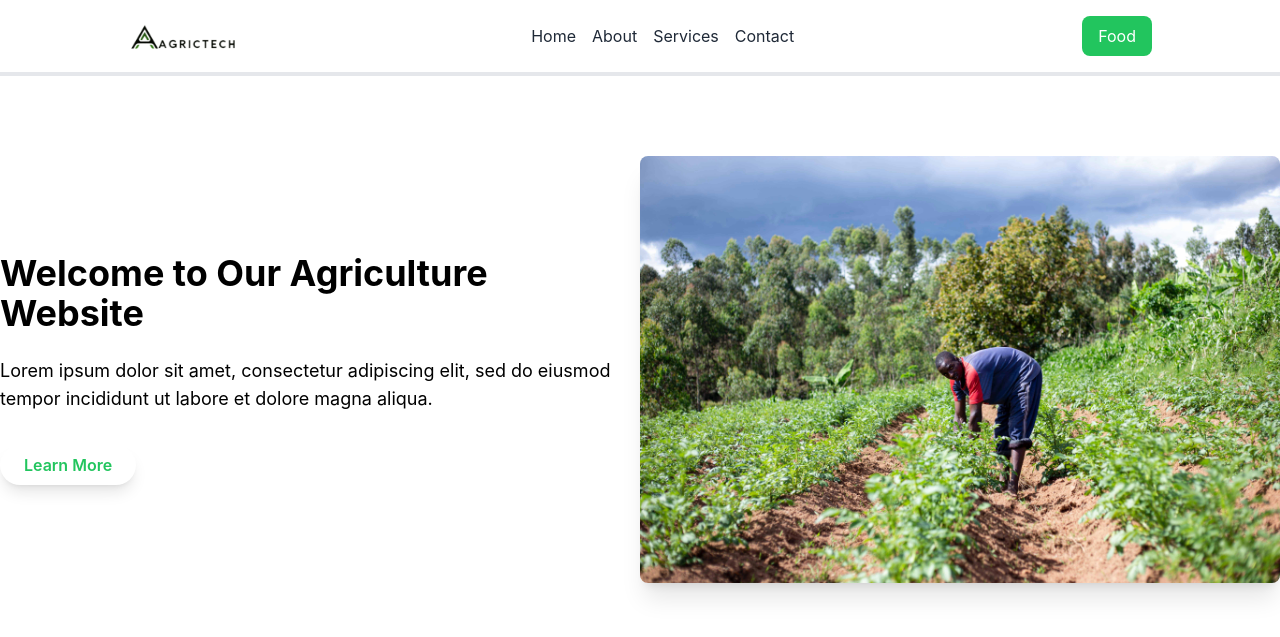
Repository: akinolapo/agric-tech
Page: /
An editor plug-in stored every save of this project. The page is shown before and after the next save, followed by the edit.
The browser window is 1280 px wide. The pictures show the whole page.
The project was rebuilt for these pictures with package versions that can differ from the ones it lists, and the page was loaded fresh each time.

Above is the page before, as saved 2023-05-27 00:07:48.

After the next save:
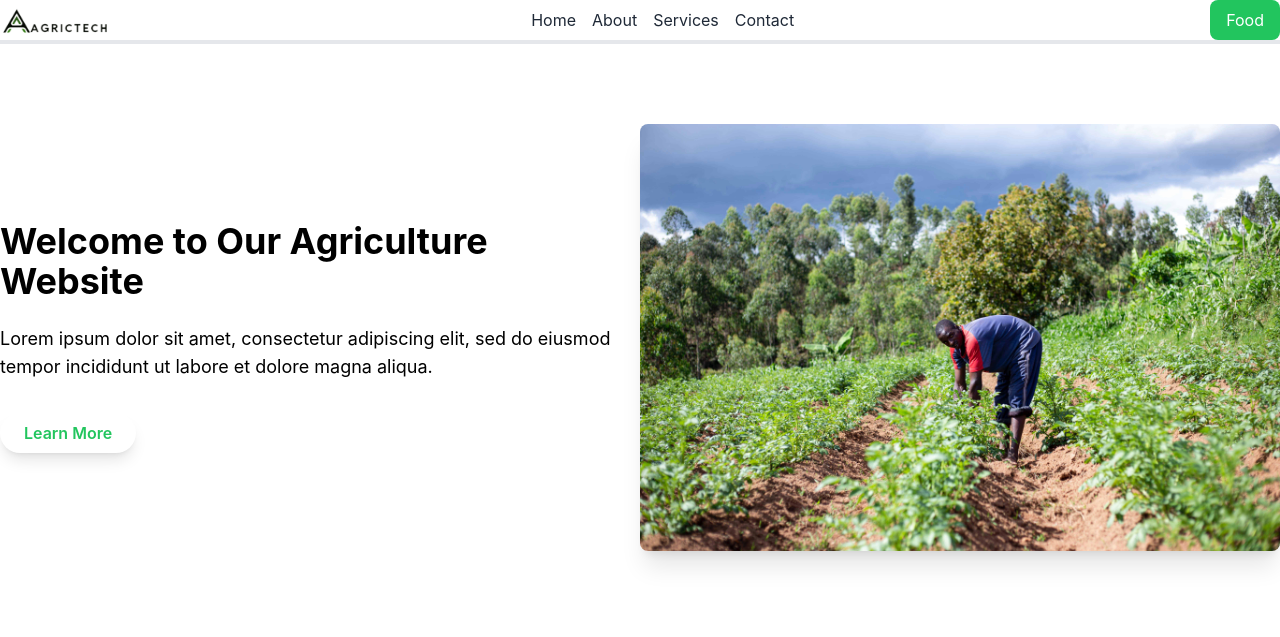
Saved 13 s later.
--- a/src/components/Header.jsx
+++ b/src/components/Header.jsx
@@ -13,7 +13,7 @@ const Header = () => {
 
   return (
     <header className="bg-white border-b-4">
-      <div className="container mx-auto flex justify-between items-center py-4 px-5 sm:px-32">
+      <div className="container mx-auto flex justify-between items-center">
         <div className="flex items-center">
           <img
             src={process.env.PUBLIC_URL+`media/logo.png`}
